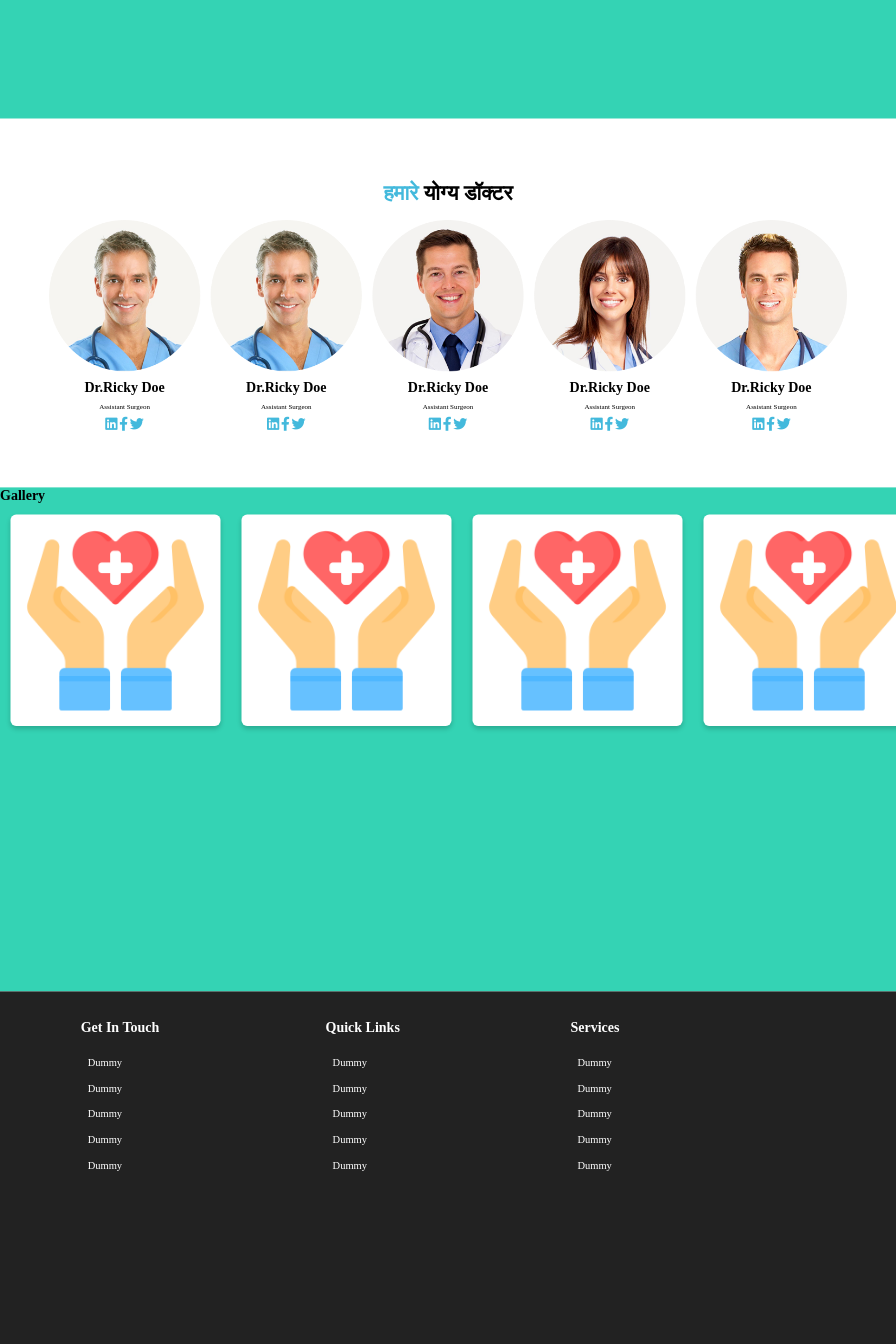
Repository: Aayush919/test
Page: index.html
An editor plug-in stored every save of this project. The page is shown before and after the next save, followed by the edit.
The browser window is 1280 px wide. The pictures show the part of the page from y = 2826 to 4746 px (the page is 4746 px tall before and 4602 px after), at 70% of full size.
Some web libraries are served in a nearby version.

Above is the page before, as saved 2023-10-15 12:58:34.
Console error: TypeError: Cannot read properties of null (reading 'addEventListener')

### index.html
<!DOCTYPE html>
<html lang="en">
<head>
    <meta charset="UTF-8">
    <meta http-equiv="X-UA-Compatible" content="IE=edge">
    <meta name="viewport" content="width=device-width, initial-scale=1.0">
    <link href="https://cdn.jsdelivr.net/npm/remixicon@3.5.0/fonts/remixicon.css" rel="stylesheet">
    <link rel="stylesheet" href="fontawesome-free-5.15.3-web/css/all.min.css">
    <link rel="stylesheet" href="style.css">
</head>
<body>
    <header class="header">
        <a href="#" id="logo"><span>माँ </span> हॉस्पिटल <span id="guna">गुना</span></a>

        <nav class="navbar">
        <a href="#">होम</a>
        <a href="#">अबाउट</a>
        <a href="#">गैलरी</a>
        <a href="#">ब्लॉग</a>
        <a href="#">संपर्क</a>

        </nav>

    <div class="icons">
        <i class="ri-linkedin-fill"></i>
        <i class="ri-whatsapp-fill"> </i>

    </div>

<a href="#" id="menu_bars" class="fas fa-bars"></a>
    </header>

   <div class="container">
       <div class="main-text">
           <h2> हमारे पास आपके लिए सर्वोत्तम चिकित्सा योजना विकल्प हैं !</h2>
           <button>संपर्क</button>
       </div>
   </div>
<!-- services we provide -->
<div class="service-section">
    <h2 id="ourservices">हमारी सर्विसेज</h2>
    <div class="inner-service-section">
        <div class="service-box">
            <img src="./images/opd.png" alt="">
        <h2 >मल्टी-स्पेशिलिटी OPD सर्विसेज</h2>
        <p><span>"माँ हॉस्पिटल गुना</span>, आपके लिए मल्टी-स्पेशियलिस्ट आउटपेशेंट डिपार्टमेंट (OPD) सेवा प्रदान करता है, जहाँ रोगियों को विभिन्न चिकित्सा क्षेत्रों के विशेषज्ञों का साथ एक ही छत के नीचे प्राप्त होता है।"</p>
        </div>
        <div class="service-box">
             <img src="./images/em.png" alt="">
        <h2>24*7 इमरजेंसी सर्विसेज</h2>

        <p>
            <span>"माँ हॉस्पिटल गुना</span>, 24*7 ( इमरजेंसी सर्विसेज ) आपातकालीन सेवाएँ प्रदान करते हैं, यानि हमेशा आपके स्वास्थ्य की देखभाल के लिए तैयार खड़े हैं, चाहे रात या दिन
            के किस भी समय हो।"
     </p>
        </div>
        <div class="service-box">
            <img src="./images/icu.png" alt="">
        <h2>ICU/क्रिटिकल केयर</h2>
        <p><span>"माँ हॉस्पिटल गुना</span>, में ICU और गंभीर देखभाल विभाग उन रोगियों के लिए है जो जीवन संकट की स्थिति में हैं। हम उनके लिए उनकी स्वास्थ्य स्थिति की सख्त निगरानी और उच्च गुणवत्ता वाला उपचार प्रदान करने के लिए समर्पित हैं।"
        </p>
        </div>

        <div class="service-box">
            <img src="./images/nicu.png" alt="">
        <h2>NICU/निओनेटल ईंटेंसीव केयर यूनिट</h2>
        <p><span>"माँ हॉस्पिटल गुना</span>,में NICU एक अलग शिशु चिकित्सा इकाई है, जिसमें अलग से जन्म वाले और बाहर से आए शिशुओं के लिए विशेष सेवाएँ उपलब्ध हैं। हम शिशुओं की स्वास्थ्य स्थिति की देखभाल करने और उनके जीवन को बचाने के लिए सशक्त प्रतिबद्ध हैं।"</p>
        </div>
    </div>


    <div class="inner-service-section">
        <div class="service-box">
            <img src="./images/pharmacy.png" alt="">
        <h2>24*7 फार्मेसी </h2>
        <p>"हम 24*7 फार्मेसी सेवा प्रदान करते हैं, ताकि आपको दवाओं और आवश्यक स्वास्थ्य सामग्री की आवश्यकता होने पर भी दिन रात किसी भी समय मिल सके।"
        </p>
        </div>
        <div class="service-box">
          <img src="./images/pathology.png" alt="">
        <h2>पैथोलॉजी</h2>
        <p>"हमारा पैथोलॉजी लैब उच्च गुणवत्ता वाली पथोलॉजी सेवाएँ प्रदान करता है और रोगीयों के निदान और चिकित्सा की सही दिशा में मदद करता है।"</p>
        </div>
        <div class="service-box">
          <img src="./images/ambulance.png" alt="">
        <h2>24*7 एम्बुलेंस</h2>
        <p>"हम एम्बुलेंस सेवा और यातायात की सुविधा प्रदान करते हैं, ताकि आपके स्वास्थ्य आवश्यकता के समय हमारे द्वारा आपको त्वरित और सुरक्षित रूप से पहुंचाया जा सके।"</p>
        </div>

        <div class="service-box">
       <img src="/images/cardiac.png" alt="">
        <h2>कार्डियक केयर</h2>
        <p>"हमारा कार्डियक केयर विभाग हृदय रोगों के निदान, उपचार, और देखभाल में विशेषज्ञता और उच्च गुणवत्ता की गारंटी है। हम रोगियों के स्वास्थ्य की निगरानी रखते हैं और उन्हें स्वस्थ जीवनशैली के लिए मार्गदर्शन प्रदान करते हैं। हम एक सुरक्षित और आदर्श दौरा प्रदान करके हृदय स्वास्थ्य की देखभाल करते हैं।"</p>
        </div>
    </div>
</div>





<div class="work-section">
    <div class="inner-work-section">
        <h2><span>माँ हॉस्पिटल</span>, द्वारा चलाये जाने वाले केम्प की अपडेटेड जानकारी यहा उपलब्ध है।
        </h2>
        <img src="./images/gallery 1.png" alt="">
        </div>
</div>


<!-- our depart-->
<div class="depart">
    <h1>माँ हॉस्पिटल डिपार्टमेंट्स/Departments</h1>
    <div id="keyservice">
        <div id="bx1">
            <h3><span><i class="ri-checkbox-circle-fill"></i></span><a href="#pg1">पीडियाट्रिक्स</a></h3>
            <h3><span><i class="ri-checkbox-circle-fill"></i></span><a href="#pg2">ICU/क्रिटिकल केयर</a></h3>
            <h3><span><i class="ri-checkbox-circle-fill"></i></span><a href="#pg4">NICU/निओनेटल ईंटेंसीव केयर यूनिट</a></h3>
            <h3><span><i class="ri-checkbox-circle-fill"></i></span><a href="#pg5">ट्रामा केयर </a></h3>
            <h3><span><i class="ri-checkbox-circle-fill"></i></span><a href="#pg6">कार्डियक केयर</a></h3>
            <h3><span><i class="ri-checkbox-circle-fill"></i></span><a href="#pg9">मेडिसिन</a></h3>
            <h3><span><i class="ri-checkbox-circle-fill"></i></span><a href="#pg3">ऑर्थोपेडिक्स</a></h3>

        </div>
        <div id="bx2">
            <h3><span><i class="ri-checkbox-circle-fill"></i></span><a href="#pg8">पैथोलॉजी
            </a></h3>
            <h3><span><i class="ri-checkbox-circle-fill"></i></span><a href="#pg7">फार्मेसी</a></h3>
            <h3><span><i class="ri-checkbox-circle-fill"></i></span><a href="#pg10">सोनोग्राफी</a></h3>
            <h3><span><i class="ri-checkbox-circle-fill"></i></span><a href="#pg11">डायटीशियन</a></h3>
            <h3><span><i class="ri-checkbox-circle-fill"></i></span><a href="#pg12">फिजियोथेरेपी
            </a></h3>
            <h3><span><i class="ri-checkbox-circle-fill"></i></span><a href="#pg13">रेडियोलोजी</a></h3>
            <h3><span><i class="ri-checkbox-circle-fill"></i></span><a href="#pg14">एम्बुलेंस &  ट्रांसपोर्टेशन </a></h3>

        </div>
    </div>
</div>
<!-- our depart ended -->

<!-- our docotor seaction -->
<div class="ourteam-section">
    <h2><span>हमारे </span>योग्य डॉक्टर</h2>
    <div class="ourteam-inner">
        <div class="section-box">
            <img src="images/ourteam1.png" alt="">
            <h3>Dr.Ricky Doe</h3>
            <p>assistant surgeon</p>
            <div class="team-social-links">
                <i class="fab fa-linkedin"></i>
                <i class="fab fa-facebook-f"></i>
                <i class="fab fa-twitter"></i>
            </div>
        </div>
        <div class="section-box">
            <img src="images/ourteam1.png" alt="">
            <h3>Dr.Ricky Doe</h3>
            <p>assistant surgeon</p>
            <div class="team-social-links">
                <i class="fab fa-linkedin"></i>
                <i class="fab fa-facebook-f"></i>
                <i class="fab fa-twitter"></i>
            </div>
        </div>
        <div class="section-box">
            <img src="images/ourteam2.png" alt="">
            <h3>Dr.Ricky Doe</h3>
            <p>assistant surgeon</p>
            <div class="team-social-links">
                <i class="fab fa-linkedin"></i>
                <i class="fab fa-facebook-f"></i>
                <i class="fab fa-twitter"></i>
            </div>
        </div>
        <div class="section-box">
            <img src="images/ourteam3.png" alt="">
            <h3>Dr.Ricky Doe</h3>
            <p>assistant surgeon</p>
            <div class="team-social-links">
                <i class="fab fa-linkedin"></i>
                <i class="fab fa-facebook-f"></i>
                <i class="fab fa-twitter"></i>
            </div>
        </div>
        <div class="section-box">
            <img src="images/ourteam4.png" alt="">
            <h3>Dr.Ricky Doe</h3>
            <p>assistant surgeon</p>
            <div class="team-social-links">
                <i class="fab fa-linkedin"></i>
                <i class="fab fa-facebook-f"></i>
                <i class="fab fa-twitter"></i>
            </div>
        </div>

    </div>

</div>
<!-- our doctor seaction end -->

<!-- gallery sections  -->
<div class="gallery">
    <h1>gallery</h1>
    <section class="section-container">
        <div class="product-list-container">
          <div class="product-list" id="productList">
            <!-- Product 1 -->
            <div class="product-card">
              <img src="./images/cardiac.png" alt="">
            </div>
            <div class="product-card">
                <img src="./images/cardiac.png" alt="">
              </div>
              <div class="product-card">
                <img src="./images/cardiac.png" alt="">
              </div>
              <div class="product-card">
                <img src="./images/cardiac.png" alt="">
              </div>
              <div class="product-card">
                <img src="./images/cardiac.png" alt="">
              </div>
              <div class="product-card">
                <img src="./images/cardiac.png" alt="">
              </div>
              <div class="product-card">
                <img src="./images/cardiac.png" alt="">
              </div>
              <div class="product-card">
                <img src="./images/cardiac.png" alt="">
              </div>



          </div>
        </div>



    </div>
    </div>
      </section>
</div>
  <!-- gallery section end-->
<!-- creating footer -->

<div class="main-footer">
    <div class="inner-footer">
        <h2>get in touch</h2>
        <a href="#">dummy</a>
        <a href="#">dummy</a>
        <a href="#">dummy</a>
        <a href="#">dummy</a>
        <a href="#">dummy</a>
    </div>

    <div class="inner-footer">
        <h2>quick links</h2>
        <a href="#">dummy</a>
        <a href="#">dummy</a>
        <a href="#">dummy</a>
        <a href="#">dummy</a>
        <a href="#">dummy</a>
    </div>

    <div class="inner-footer">
        <h2>services</h2>
        <a href="#">dummy</a>
        <a href="#">dummy</a>
        <a href="#">dummy</a>
        <a href="#">dummy</a>
        <a href="#">dummy</a>
    </div>
</div>

<!-- creating footer -->



















<script src="https://cdnjs.cloudflare.com/ajax/libs/gsap/3.12.1/gsap.min.js"integrity="sha512-qF6akR/fsZAB4Co1QDDnUXWnaQseLGXoniuSuSlPQK6+aWhlMZcHzkasCSlnWoe+TJuudlka1/IQ01Dnhgq95g=="crossorigin="anonymous" referrerpolicy="no-referrer"></script>
<script src="https://cdnjs.cloudflare.com/ajax/libs/gsap/3.12.2/ScrollTrigger.min.js"integrity="sha512-Ic9xkERjyZ1xgJ5svx3y0u3xrvfT/uPkV99LBwe68xjy/mGtO+4eURHZBW2xW4SZbFrF1Tf090XqB+EVgXnVjw=="crossorigin="anonymous" referrerpolicy="no-referrer"></script>
    <script src="script.js"></script>
</body>
</html>




<!-- <div class="gel">

    <div class="galleryheading">
        <h2>हमारी <span> गैलरी</span></h2>
    </div>
    <div class="gallery">
        <img src="./images/gallery 1.png" alt="">
        <img src="./images/gallery 1.png"  alt="">
        <img src="./images/gallery3.png" alt="">
        <img src="./images/gallery 4.png" alt="">
        <img src="./images/gallery5.png" alt="">
        <img src="./images/gallery6.png" alt="">
        <img src="/images/gallery6.png" alt="">
        <img src="/images/gallery6.png" alt="">
        <img src="/images/gallery6.png" alt="">
    </div>

</div> -->

### style.css
@import url('https://fonts.googleapis.com/css2?family=Roboto:wght@100;300;400;500;700&display=swap');
:root{
    --fontcolor:#43b9dc;
    --backgroundcolor:#34d3b4;
}
*{
    margin: 0;
    padding: 0;
    font-family:gilroy;
    box-sizing: border-box;
    transition: all .2s linear;
    text-transform: capitalize;
    text-decoration: none;
}
html{
    font-size: 62.5%;
    overflow-x: hidden;
    scroll-behavior: smooth;
}
header{
    position: fixed;
    top: 0;
    left: 0;
    right: 0;
    padding: 2rem 7%;
    display: flex;
    justify-content: space-between;
    align-items: center;
    background:white;
    box-shadow: 0 1rem 1rem rgb(0, 0, 0, .1);
    z-index: 10000000;
}
#guna{
    font-size: 15px;

}
header #logo{
    font-size: 3rem;
    color: black;
}
header #logo span{
    color: var(--fontcolor);
}
header .navbar a{
    font-weight: 600;

    font-size: 1.8rem;
    color: var(--fontcolor);
    margin-left: 1.5rem;
}
.icons i{
font-size: 2rem;
color: var(--fontcolor);
margin-left: 1rem;
}
header #menu_bars{
    font-size: 2rem;
    color: var(--fontcolor);
    display: none;
}
header .navbar.active{
    left: 0;
    transition: .5s;
}
.main-image{

    background-repeat: no-repeat;
    background-size: cover;
    background-position: center;
    width: 100%;
    margin-top: 75px;
    height: 100vh;
}
.container{
    background: url("./images/headerimage.jpg");
    width: 100%;
    padding-top: 8.5rem;
    background-position: center;
    background-size: cover;
    background-repeat: no-repeat;
    height: 100vh;
}
.container .main-text{
    width: 50%;
    position: absolute;
    top: 200px;
    padding: 0 2rem;
    text-align: center;
}
.container .main-text h2{
    font-size: 40px;
    color: #fff;
    padding-bottom: 1.5rem;
}
.container .main-text button{
    padding: 1.5rem 3.5rem;
    background: #3FC1D1;
    color: white;
    border: none;
    border-radius:1px;

    font-weight: 700;
}
.service-section{
    padding: 2rem 7%;
    background: linear-gradient(#43b9dc, #34d3b4);
    min-height: 50vh;
}
#ourservices{
    color: #111;
    font-size: 30px;
    padding: 2rem 0;
    text-align: center;
}
.inner-service-section{
    display: flex;
    flex-wrap: wrap;
    gap: 15px;
    justify-content: center;
    text-align: center;
}
.service-box{
    flex: 1 1 200px;
    padding: 5rem 0;
    box-shadow: 0 1rem 1rem rgba(0, 0, 0, .1);
}
.service-box img{
    color: white;
     height: 10rem;
    padding: .5rem 0;
}

.service-box h2{
    color: #fff;
    font-size: 1.8rem;
    padding: 1rem 0;
}
.service-box p{
    color: white;
    font-size: 1.5rem;
    padding: 0 1rem;
}
.work-section{
    padding: 4rem 7%;
    display: grid;
    grid-template-columns: 2fr 1fr;
    justify-content: center;

}
.inner-work-section img{
    width:  110rem;
    border: 2px solid #34d3b4;
    margin-top: 10px;
}
.inner-work-section h2{
    font-size: 2rem;
    padding: .5rem 0;

}
.inner-work-section h2 span{
    color:#34d3b4;

}
.scnclass{
    padding: 0 1rem;
}
.myimages{
    display: grid;
    grid-template-columns: 1fr 1fr;
    padding-top: 1rem;
}
.btn{
    padding: 1rem 3rem;
    background: var(--backgroundcolor);
    border-radius: 15px;
   display: inline-block;
   color: white;
   font-size: 18px;
   margin-top: 5px;
}
.creative-text{
    padding: 2rem 0;
}
.depart{
    background: var(--backgroundcolor);
    min-height: 85vh;
    padding: 2rem 9%;
}
.depart h1{
    color:#111;
    display: flex;
    align-self: center;
    justify-content: center;
    font-size: 2rem;
}

/* .galleryheading{ */
    /* color: #111;
    padding: 2rem 0;
    text-align: center;
    font-size: 20px;
}
.galleryheading span{
    color: var(--fontcolor);
}
.main-gallery .gallery-box{
    flex: 1 1 300px;
}
.main-gallery{
    display: flex;
    flex-wrap: wrap;
    gap: 15px;
}
.gallery-box img{
    width: 100%;
} */
.ourteam-section{
    padding: 7rem;
}
.ourteam-section h2{
    padding: 2rem;
    font-size: 3rem;
    text-align: center;
}
.ourteam-section h2 span{
    color: var(--fontcolor);
}
.ourteam-inner{
    display: flex;
    /* flex-wrap: wrap; */
    text-align: center;
    gap: 15px;
}
.ourteam-inner .section-box{
    flex: 1 1 250px;
}
.ourteam-inner .section-box img{
    width: 100%;
}
.section-box h3{
    padding: 1rem 0;
    font-size: 2rem;
}
.team-social-links i{
    color: var(--fontcolor);
    font-size: 2rem;
    padding:1rem 0;
}
.main-footer{
    display: flex;
    flex-wrap: wrap;
    justify-content: space-between;
    background: #222;
    padding: 2rem 9%;
    height: 70vh;
}
.inner-footer{
    flex: 1 1 200px;
}
.inner-footer h2{
    color: white;
    font-size: 2rem;
    padding: 2rem 0;
}
.inner-footer a{
    display: block;

    color: white;
    font-size: 1.5rem;
    padding: 1rem;
}












@media (max-width:768px) {
    html{
        font-size: 50%;
    }
    header #menu_bars{
        display: initial;
    }

    header .navbar{
        position: absolute;
        top: 100%;
        left: 100%;
        right: 0;
        background: var(--backgroundcolor);
        height: 100vh;
        text-align: center;

    }
    header .navbar a{
        display: block;

        background: white;
        margin-top: 1rem;
        padding: 2rem;
        width: 90%;
        border-radius: 10px;
    }
    .container .main-text{
        width: 70%;
        padding: 0 ;
    }
   .work-section{
       display: grid;
       grid-template-columns: 1fr;

   }
   .myimages img{
       width: 100%;
   }
   .btn{
       display: block;
   }
   .inner-work-section h2{
    font-size:1.2rem;
   display: flex;
   flex-wrap: wrap;
   align-self:center;
   justify-content: center;
}

.depart{
    background: var(--backgroundcolor);
    min-height:65vh;
    padding: 2rem 9%;
}

.depart h1{
    color:#111;
    display: flex;
    align-self: center;
    justify-content: center;
    font-size: 1.9rem;
}
.ourteam-inner{
    display: flex;
    flex-wrap: wrap;
    text-align: center;
    gap: 15px;
}
.ourteam-section h2{
    padding: 2rem;
    font-size: 2.7rem;
    text-align: center;
}
}

/*
.gallery{
    display: grid;
    grid-template-columns: repeat(3, 1fr);
    gap: 1vh;
    margin-inline: auto;
    max-width: 70rem;

    background: #141414;
    background: var(--backgroundcolor);
    padding: 1vh;
}

 .gallery > img{
    width: 100%;
    aspect-ratio: 1 / 1;
    object-fit: cover;
    transition: all 0.3s ease;
    border-radius:2px;

}

.gallery:has(img:hover) img:not(:hover) {
    scale: 0.8;
    opacity: 0.5;
    filter: grayscale(70%);
}
 */


#keyservice {
    padding-top: 4vw;
    padding-left: 2vw;
    font-family: g-r;
    /* background-color: crimson; */
    height: 55vh;
    display: flex;
    justify-content: space-between;
}

#keyservice h3 {
    color: #ffffff;
    display: flex;
    cursor: pointer;
    font-family: g-r;
    font-weight: 300;
    font-size: 1.5rem;

     line-height: 2rem;

}

#keyservice h3:hover {
    color: yellow;
    font-weight: 500;
}

#keyservice h3 span {
    color: #ffffff;
    margin-right: 4px;
}

#keyservice h3 a {
    text-decoration: none;
    color: #fff;
}

#keyservice h3 a:hover {
    color: yellow;
}

#bx1 {
    /* background-color: #77b9d7; */
    height: 40vh;
    display: flex;
    flex-direction: column;
    justify-content: space-between;
    width: 45%;
    border-right: 2px solid white;
}

#bx2 {
    height: 40vh;
    display: flex;
    flex-direction: column;
    justify-content: space-between;
    /* height: 25.5vh; */
    width: 50%;
    /* background-color: #9477d7; */
}

section-container {
    min-height: 100vh;
    background: #34d3b4;
    margin: auto;
    padding: 20px;
    display: flex;
    align-items: center; /* Align the scroll icon vertically */
  }

  .product-list-container {
    position: relative;
    overflow-x: auto;
    white-space: nowrap;
    scrollbar-width: thin;
    scrollbar-color: #333 #ccc;
    cursor: pointer;
  }

  .product-list {
    display: flex;
    flex-direction: row;
  }

  .product-card {
    position: relative;
    flex: 0 0 auto;
      width:300px;
    margin: 15px;
    padding: 20px;
    box-shadow: 0 4px 8px rgba(0, 0, 0, 0.2);
    border-radius: 8px;
        background: #fff;
  }


  .product-card img {
    width: 100%;
    height: auto;
  }

  /* Style scrollbar for Chrome, Safari, and Opera */
  .product-list-container::-webkit-scrollbar {
    width: 5px;
    height: 5px;
  }

  .product-list-container::-webkit-scrollbar-thumb {
    background: #333;
  }

  .product-list-container::-webkit-scrollbar-thumb:hover {
    background:#34d3b4;
  }

  .gallery{
    min-height: 100vh;
    background-color:#34d3b4;

  }


/*
  @media screen and (max-width: 600px) {
    .product-card {
      width: 90%;
      margin: 10px;
    }
  }
   */

### script.js
let menubtn =document.querySelector('#menu_bars');
let mynav =document.querySelector('.navbar');

menubtn.onclick = () =>{
    menubtn.classList.toggle('fa-times');
    mynav.classList.toggle('active');
}


var ts = document.querySelector('#testimonialsSlide');
var psd= document.querySelector('#pointsliderdiv');
let countTS = 0;
let psdCnt =0;
document.querySelector("#buttonsss1").addEventListener('click',function(){


    psdCnt -=14
    if(psdCnt === -14){
        psdEnd()
    }
    psd.style.left= psdCnt + '%';

    countTS += 100;
    if(countTS === 100){
        TreachStart();
    }
    ts.style.left = countTS + 'vw';
})

document.querySelector("#buttonsss2").addEventListener('click',function(){


    psdCnt +=14
    if(psdCnt === 98){
        psdStart()
    }
    psd.style.left = psdCnt + '%';


    countTS -= 100;
    if(countTS === -700){
        TreachEnd();
    }
    ts.style.left = countTS + 'vw';
})

function psdEnd(){
    psdCnt = 84;
}
function psdStart(){
    psdCnt = 0;
}

function TreachEnd(){
    countTS = 0;
}
function TreachStart(){
    countTS = -600;
}

function movingTestimonials(){
    document.querySelector("#buttonsss2").click();
}

setInterval(movingTestimonials,7000);



document.addEventListener("DOMContentLoaded", function() {
    const scrollRight = document.getElementById("scrollRight");
    const productListContainer = document.querySelector(".product-list-container");

    console.log("Initial Scroll Left:", productListContainer.scrollLeft);

    scrollRight.addEventListener("click", function() {
      console.log("Clicked!");
      productListContainer.scrollBy({
        top: 0,
        left: 620,
        behavior: 'smooth'
      });
      console.log("Scroll Left After:", productListContainer.scrollLeft);
    });
  });

Loaded but not shown: fontawesome-free-5.15.3-web/css/all.min.css (library)

After the next save:
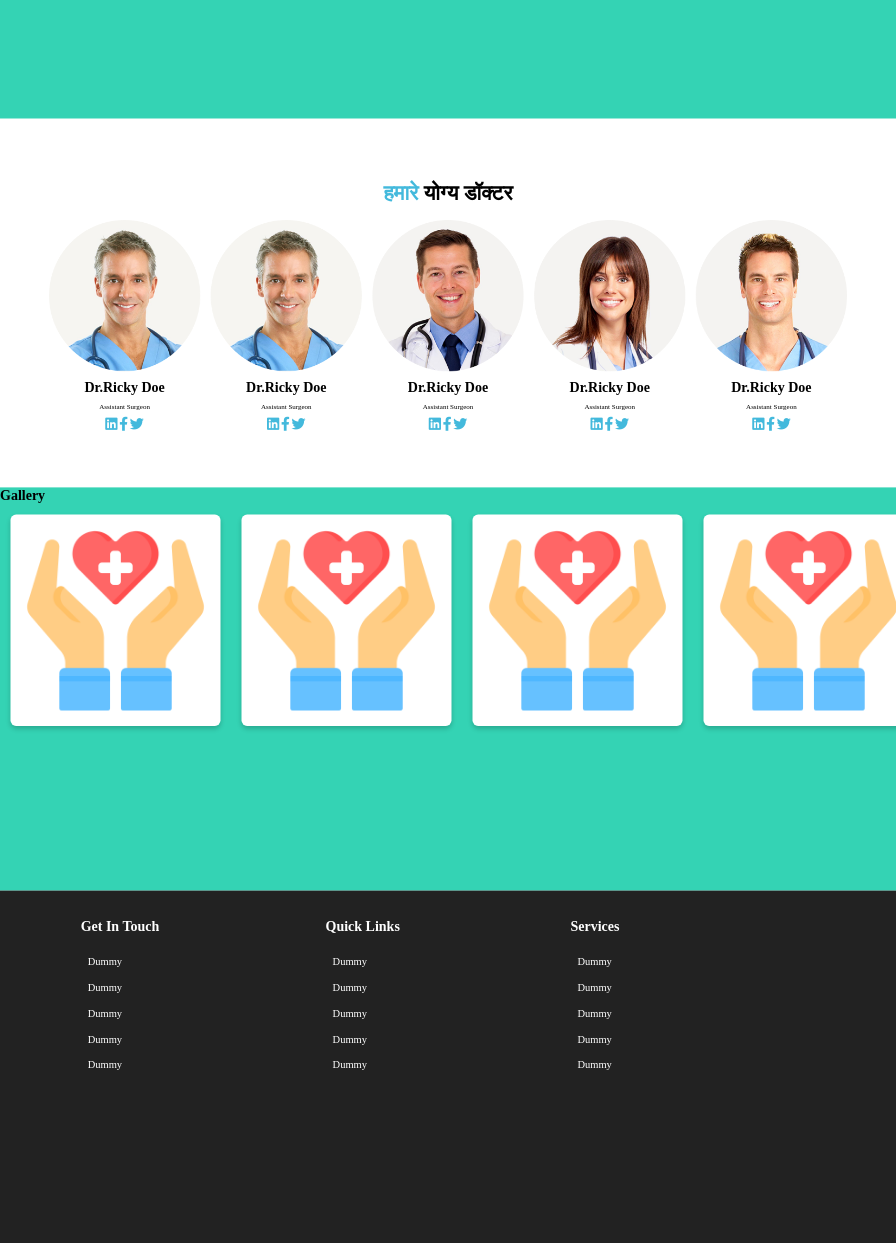
Saved 10 s later.
--- a/style.css
+++ b/style.css
@@ -503,7 +503,7 @@ section-container {
   }
 
   .gallery{
-    min-height: 100vh;
+    min-height: 80vh;
     background-color:#34d3b4;
 
   }
